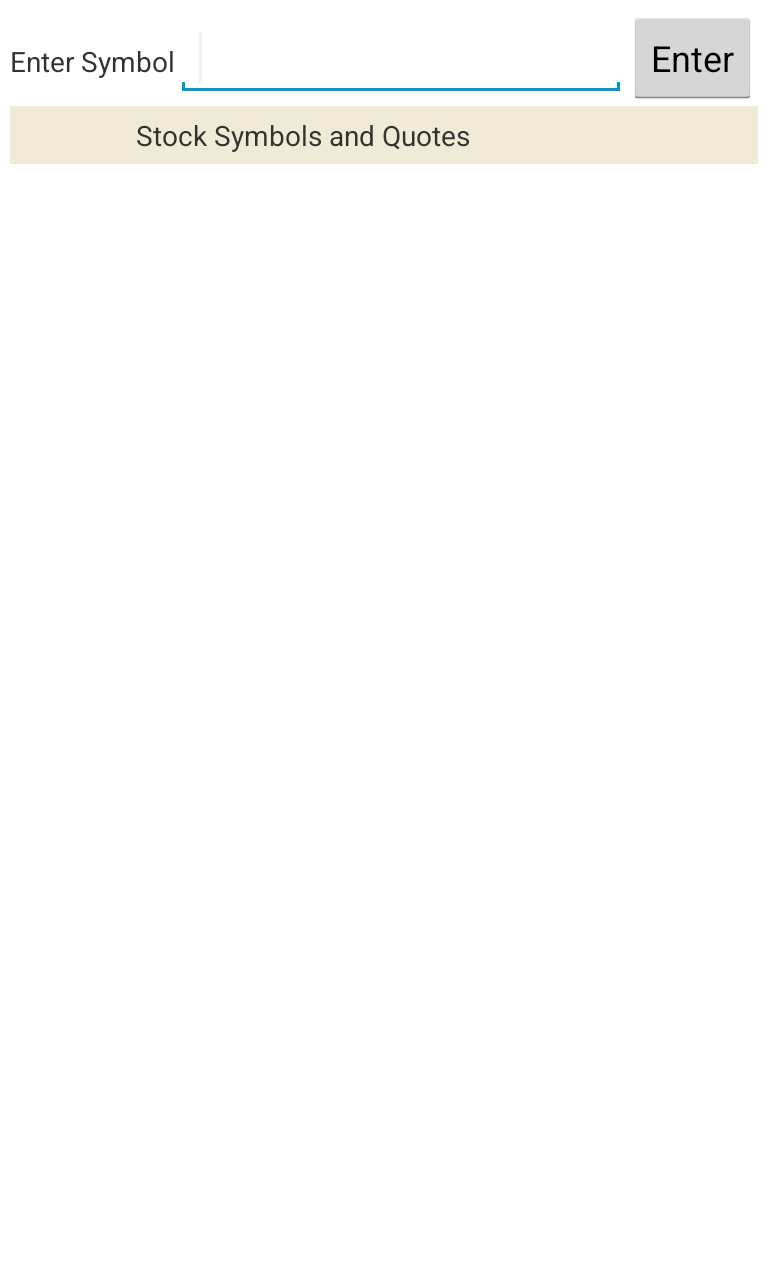
Repository: almeiduh/AndroidApps
Layout: StockQuote/res/layout/activity_main.xml
These files come from the project's save history. The layout is drawn as it stood at one moment and after the next save; the edit follows.
It is drawn on a 768 x 1280 px phone screen (xhdpi) without system bars, with theme AppTheme; the app's code is not run.

Above is the layout before, as saved 2014-02-05 00:01:02.

### StockQuote/res/layout/activity_main.xml
<TableLayout xmlns:android="http://schemas.android.com/apk/res/android"
    xmlns:tools="http://schemas.android.com/tools"
    android:id="@+id/TableLayout1"
    android:layout_width="match_parent"
    android:layout_height="match_parent"
    android:paddingBottom="@dimen/activity_vertical_margin"
    android:paddingLeft="@dimen/activity_horizontal_margin"
    android:paddingRight="@dimen/activity_horizontal_margin"
    android:paddingTop="@dimen/activity_vertical_margin"
    tools:context=".MainActivity" >

    <TableRow
        android:id="@+id/tableRow1"
        android:layout_width="match_parent"
        android:layout_height="wrap_content" >

        <TextView
            android:id="@+id/enterSymbolTextView"
            android:layout_width="wrap_content"
            android:layout_height="wrap_content"
            android:text="@string/stock_symbol" />

        <EditText
            android:id="@+id/stockSymbolEditText"
            android:layout_width="wrap_content"
            android:layout_height="wrap_content"
            android:ems="10"
            android:layout_weight="1"
            android:inputType="text"
            >

            <requestFocus />
        </EditText>

        <Button
            android:id="@+id/enterStockSymbolButton"
            android:layout_width="wrap_content"
            android:layout_height="wrap_content"
            android:text="@string/enter_stock_symbol" />

    </TableRow>

    <TableRow
        android:id="@+id/tableRow2"
        android:layout_width="match_parent"
        android:layout_height="wrap_content"
        android:background="@color/eggshell" >

        <TextView
            android:id="@+id/stockSymbolTextView"
            android:layout_width="match_parent"
            android:layout_height="wrap_content"
            android:layout_span="2"
            android:padding="5dp"
            android:gravity="center_horizontal"
            android:text="@string/stock_symbol_list" />

    </TableRow>

</TableLayout>

### StockQuote/res/values/dimens.xml
<resources>

    <!-- Default screen margins, per the Android Design guidelines. -->
    <dimen name="activity_horizontal_margin">5dp</dimen>
    <dimen name="activity_vertical_margin">5dp</dimen>
    <dimen name="stock_list_text_size">16sp</dimen>

</resources>

### StockQuote/res/values/strings.xml
<?xml version="1.0" encoding="utf-8"?>
<resources>

    <string name="app_name">Get Stock Quotes</string>
    <string name="action_settings">Settings</string>
	<string name="stock_symbol">Enter Symbol</string>
	<string name="enter_stock_symbol">Enter</string>
	<string name="stock_symbol_list">Stock Symbols and Quotes</string>
	<string name="change_stock_symbol">Change</string>
	<string name="ok">OK</string>
	<string name="cancel">Cancel</string>
	<string name="missing_stock_symbol">Enter a Stock Symbol</string>
	<string name="invalid_stock_symbol">Invalid Stock Symbol</string>
	<string name="delete_all_symbols">Delete All Symbols</string>
	<string name="confirm_action">Are you sure?</string>
	<string name="get_stock_quote">Quote</string>
	<string name="go_to_website">Web</string>
	<string name="yahoo_stock_url">http://finance.yahoo.com/q?s=</string>
	<string name="stock_company_name">Company Name</string>
	<string name="stock_year_low">Year Low:</string>
	<string name="stock_year_high">Year High:</string>
	<string name="stock_days_low">Days Low:</string>
	<string name="stock_days_high">Days High:</string>
	<string name="title_activity_stock_info">StockInfoActivity</string>
	<string name="last_trade_price_only">Last Price:</string>
	<string name="change">Change:</string>
	<string name="days_range">Daily Price Range:</string>
</resources>

### StockQuote/res/values/colors.xml
<?xml version="1.0" encoding="utf-8"?>
<resources>
    <color name="aero_blue">#C9FFE5</color>
    <color name="eggshell">#F0EAD6</color>
    <color name="black">#000000</color>
</resources>

Loaded but not shown: StockQuote/res/values/styles.xml (common file); StockQuote/res/values-v11/styles.xml (common file); StockQuote/res/values-v14/styles.xml (common file)

After the next save:
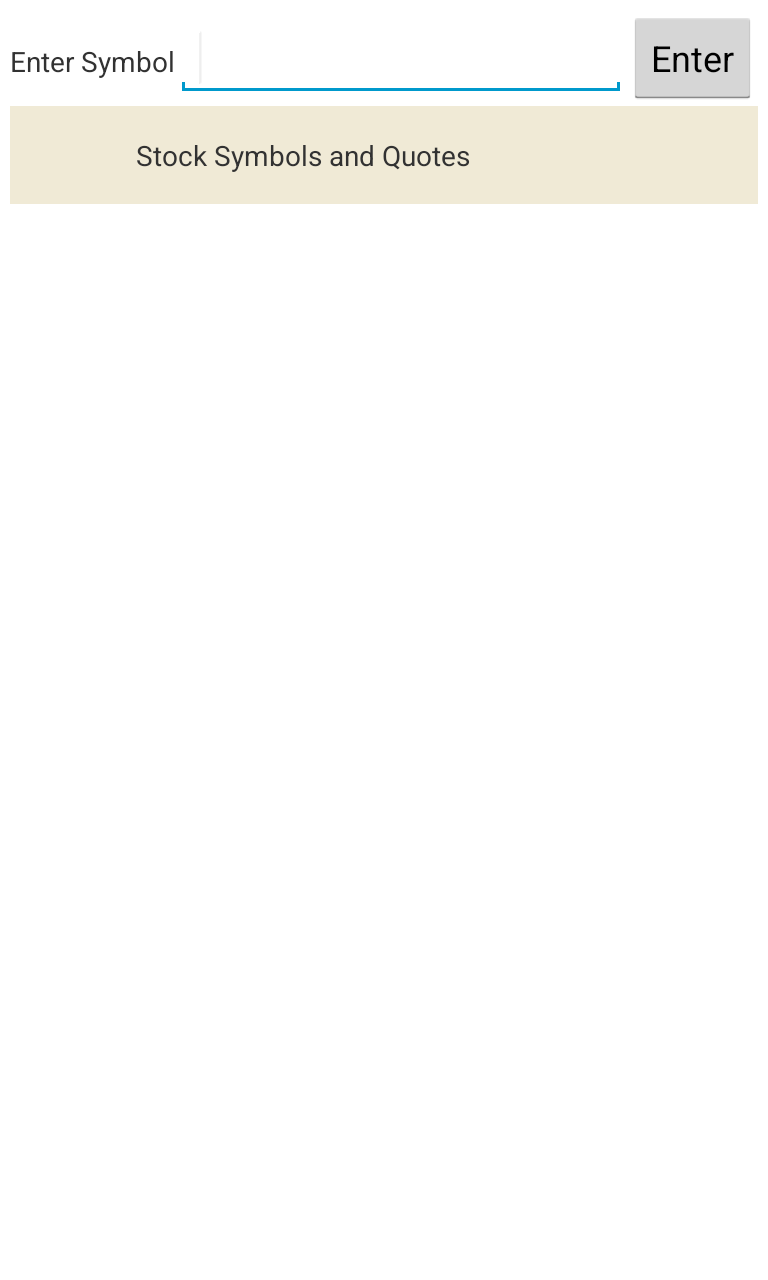
Saved 6 s later.
--- a/StockQuote/res/layout/activity_main.xml
+++ b/StockQuote/res/layout/activity_main.xml
@@ -51,7 +51,7 @@
             android:layout_width="match_parent"
             android:layout_height="wrap_content"
             android:layout_span="2"
-            android:padding="5dp"
+            android:padding="15dp"
             android:gravity="center_horizontal"
             android:text="@string/stock_symbol_list" />
 

After the save that followed:
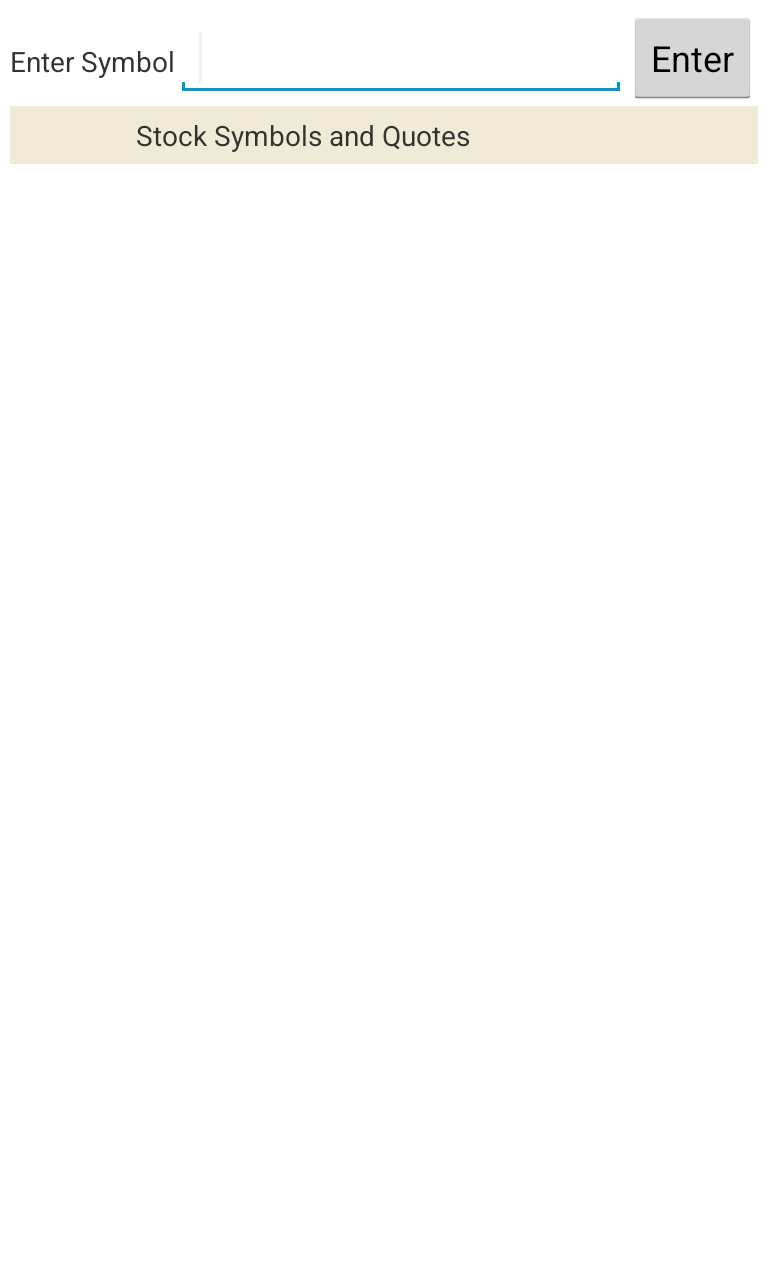
Saved 7 s later.
--- a/StockQuote/res/layout/activity_main.xml
+++ b/StockQuote/res/layout/activity_main.xml
@@ -51,7 +51,7 @@
             android:layout_width="match_parent"
             android:layout_height="wrap_content"
             android:layout_span="2"
-            android:padding="15dp"
+            android:padding="5dp"
             android:gravity="center_horizontal"
             android:text="@string/stock_symbol_list" />
 
